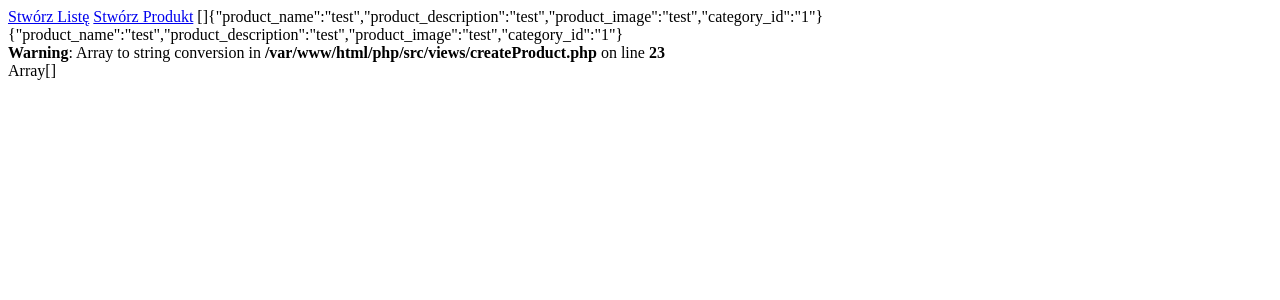
Repository: alphatra/Task-menager
Page: http://localhost/php/src/views/createProduct.php
The author's editor kept a copy of each file at every save. The page is drawn from the files as they stood at one save, then again after the next save.
The browser window is 1280 px wide. The pictures show the whole page.
The page is run by PHP 8.4 with error messages shown; the project is at /var/www/html/. Queries for data that is not in the repository find no rows.

Above is the page before, as saved 2023-02-06 00:39:30.

### php/src/views/createProduct.php
<!DOCTYPE html>
<html lang="en">
<head>
    <meta charset="UTF-8">
    <meta http-equiv="X-UA-Compatible" content="IE=edge">
    <meta name="viewport" content="width=device-width, initial-scale=1.0">
    <title>Document</title>
</head>
<body>
    <a href="views/createList.php">Stwórz Listę</a>
    <a href="views/createProduct.php">Stwórz Produkt</a>
</body>
</html>
<?php
require_once('../model/CRUD.php');
require_once('../model/product_model.php');
$db = new db();
$produkt = new productModel("test", "test", "test", "1");
$produkt = $produkt->returnObject();
echo $produkt;

$parameters = $db->fetchData($produkt);
echo $parameters;
//echo $db->createProduct($parameters);
echo $db->searchData($tablename='products',$search="");
?>

### php/src/model/CRUD.php
<?php
class db{
    private $conn;
    public $servername;
    public $username;
    public $password;
    public $database;
    public $tablename;

    public function __construct($host="db", $database="mydb",
                                $username="root", $password="root"){
        $this->host = $host;
        $this->database = $database;
        $this->username = $username;
        $this->password = $password;

        try {
            // Tworzenie połączenia
            $this->conn = new mysqli($host, $username, $password, $database);
        } catch (Exception $e) {
            // Sprawdzanie połączenia
            die("Connection failed: " . mysqli_connect_error());

        }

        return $this->conn;
    }

    // Wyświetlanie list z bazy danych
    public function getData($tablename="list"){
        $this->tablename = $tablename;
        $query = "SELECT * FROM $this->tablename";
        $stmt = $this->conn->prepare($query);
        $stmt->execute();
        $result = $stmt->get_result();

        return json_encode($result->fetch_all(MYSQLI_ASSOC));
    }

    // Wyświetlanie list z bazy danych wraz z wyszukiwaniem
    public function searchData($tablename="list", $search=""){
        $this->tablename = $tablename;
        $this->search = $search;
        $query = "SELECT * FROM $this->tablename WHERE name LIKE '$this->search%'";
        $result = mysqli_query($this->conn, $query);
        $result = mysqli_fetch_all($result, MYSQLI_ASSOC);

        return json_encode($result);
    }
    /*
    public function searchData($tablename="", $search=""){
        $this->tablename = "list";
        $this->search = "{$search}%";
        $query = "SELECT * FROM $this->tablename WHERE name LIKE ?";
        $stmt = $this->conn->prepare($query);
        $stmt->bind_param("s",$search);
        $stmt->execute();
        $result = $stmt->get_result();

        return json_encode($result->fetch_all(MYSQLI_ASSOC));
    }
    */

    // Dodawanie produktów do bazy danych
    public function createProduct($Param){
        $product_name = $Param[0];
        $product_description = $Param[1];
        $product_image = $Param[2];
        $category_id = $Param[3];
        $query = "INSERT INTO products (product_name, product_description, product_image, category_id)
                    VALUES ('{$product_name}', '{$product_description}', '{$product_image}', '{$category_id}')";
        $result = mysqli_query($this->conn, $query);
    }
    public function fetchData($Data){
        $this->Data = $Data;
        $decoded_json = json_decode($Data, true);
        $product_name = $decoded_json['product_name'];
        $product_description = $decoded_json['product_description'];
        $product_image = $decoded_json['product_image'];
        $category_id = $decoded_json['category_id'];
        return [$product_name, $product_description, $product_image, $category_id];
    }
}
?>

### php/src/model/product_model.php
<?php
class productModel{
    public $product_name;
    public $product_description;
    public $product_image;
    public $category_id;

    public function __construct($product_name, $product_description, $product_image, $category_id) {
        $this->product_name = $product_name;
        $this->product_description = $product_description;
        $this->product_image = $product_image;
        $this->category_id = $category_id;
    }

    public function getName() {
        return $this->product_name;
    }

    public function getDescription() {
        return $this->product_description;
    }

    public function getImage() {
        return $this->product_image;
    }

    public function getCategory() {
        return $this->category_id;
    }

    public function test() {
        $product_name = $this->getName();
        $product_description = $this->getDescription();
        $product_image = $this->getImage();
        $category_id = $this->getCategory();
        return $product_name . $product_description . $product_image . $category_id;
    }

    public function returnObject() {
        return json_encode(get_object_vars($this));
    }
    /*
    {
        id_product: ,
        product_name: 'Product 1',
        product_description: 'Description of product 1',
        product_image: 'product1.jpg'
    }
    */

}

require_once('CRUD.php');
$db = new db();
if(isset($_POST['search'])){
    $search = $_POST['search'];
    echo $db->searchData(null,$search);
}
else{
    echo $db->getData();
}
$produkt = new productModel("test", "test", "test", "1");
$produkt = $produkt->returnObject();
echo $produkt;

$parameters = $db->fetchData($produkt);
//echo $parameters;
echo $db->createProduct($parameters);
?>

After the next save:
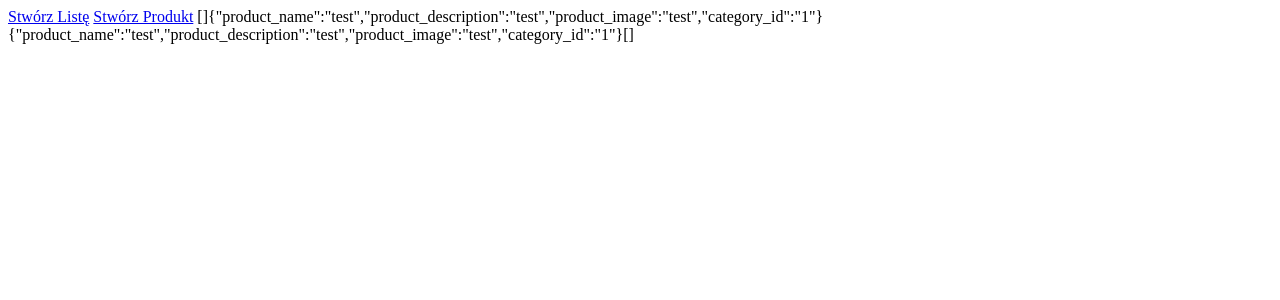
Saved 17 s later.
--- a/php/src/views/createProduct.php
+++ b/php/src/views/createProduct.php
@@ -20,7 +20,6 @@ $produkt = $produkt->returnObject();
 echo $produkt;
 
 $parameters = $db->fetchData($produkt);
-echo $parameters;
 //echo $db->createProduct($parameters);
 echo $db->searchData($tablename='products',$search="");
 ?>
